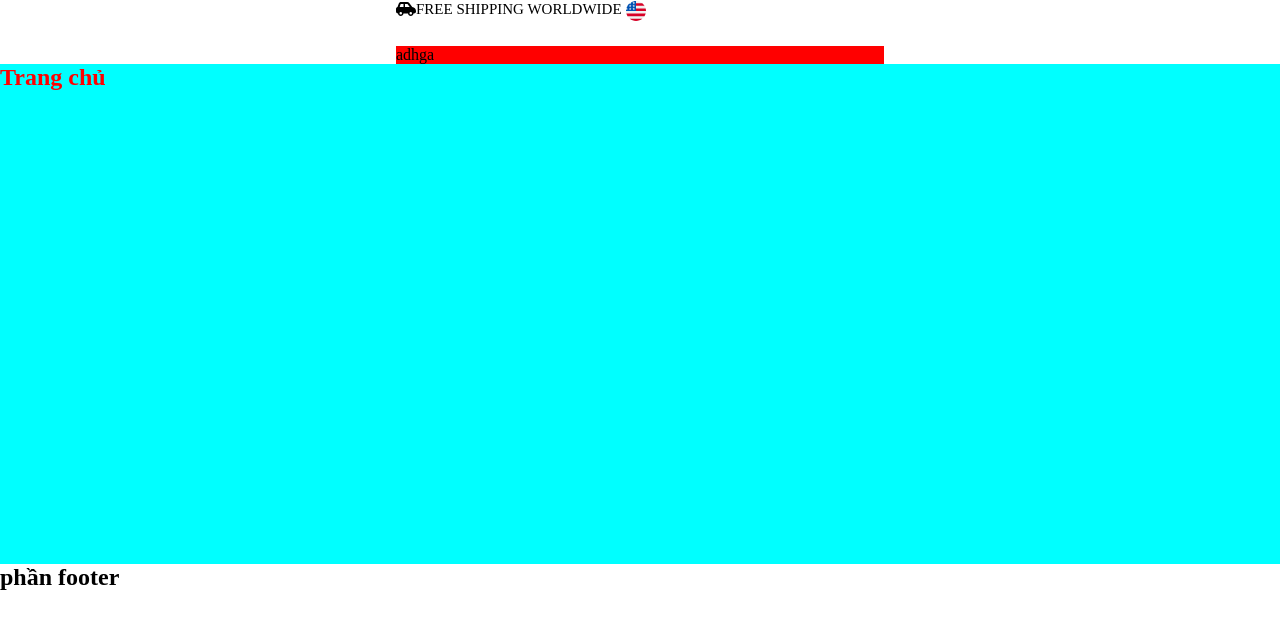
Repository: tatvanhco/shopper
Page: /
The author's editor kept a copy of each file at every save. The page is drawn from the files as they stood at one save, then again after a run of saves.
The browser window is 1280 px wide. The pictures show the whole page.
The project was rebuilt for these pictures with package versions that can differ from the ones it lists, and the page was loaded fresh each time.

Above is the page before, as saved 2022-09-23 20:37:41.

### src/index.tsx
import React from 'react';
import { createRoot } from 'react-dom/client';
import { Provider } from 'react-redux';
import { store } from './app/store';
import App from './App';
import reportWebVitals from './reportWebVitals';
import './index.scss';

const container = document.getElementById('root')!;
const root = createRoot(container);

root.render(
    <React.StrictMode>
        <Provider store={store}>
            <App />
        </Provider>
    </React.StrictMode>,
);

// If you want to start measuring performance in your app, pass a function
// to log results (for example: reportWebVitals(console.log))
// or send to an analytics endpoint. Learn more: https://bit.ly/CRA-vitals
reportWebVitals();

### src/app/store.ts
import { configureStore, ThunkAction, Action, getDefaultMiddleware } from '@reduxjs/toolkit';
import createSagaMiddleware from '@redux-saga/core';
import rootSaga from './rootSaga';

const sagaMiddleware = createSagaMiddleware();
export const store = configureStore({
    reducer: {

    },
    middleware: (getDefaultMiddleware) => {
        return getDefaultMiddleware().concat(sagaMiddleware);
    },
});

sagaMiddleware.run(rootSaga);

export type AppDispatch = typeof store.dispatch;
export type RootState = ReturnType<typeof store.getState>;
export type AppThunk<ReturnType = void> = ThunkAction<ReturnType, RootState, unknown, Action<string>>;

### src/App.tsx
import React from 'react';
import './App.scss';
import Header from 'components/header/header';
import Footer from 'components/footer/footer';
import Home from 'pages/home/home';

function App() {
    return (
        <div className="App">
            <Header />
            <Home />
            <Footer />
        </div>
    );
}

export default App;

### src/index.scss
/* @import 'normalize.css'; */
@import url('https://fonts.googleapis.com/css2?family=Roboto:wght@300;400;500;700&display=swap');

body {
    margin: -15px 0 0 0;
    padding: 0;
    /* font-family: -apple-system, BlinkMacSystemFont, 'Segoe UI', 'Roboto', 'Oxygen', 'Ubuntu', 'Cantarell', 'Fira Sans',
        'Droid Sans', 'Helvetica Neue', sans-serif; */
    -webkit-font-smoothing: antialiased;
    -moz-osx-font-smoothing: grayscale;
}

html {
    margin: 0;
    padding: 0;
}

code {
    font-family: source-code-pro, Menlo, Monaco, Consolas, 'Courier New', monospace;
}

p {
    margin: 0 !important;
    line-height: initial;
}

h1,
h2 {
    margin: 0;
}

### src/app/rootSaga.ts
function* rootSaga() {
    console.log('hahahha');
}

export default rootSaga;

### src/App.scss
.container {
    padding: 0px 16px;
    margin: 0 380px;
}

.d-flex {
    display: flex;
}

.ul {
    list-style: none;
    padding-left: 0;
}

.title {
    font-size: 15px;
}

### src/components/header/header.tsx
import clsx from 'clsx';
import { FontAwesomeIcon } from '@fortawesome/react-fontawesome';
import { Fragment } from 'react';
import styles from './header.module.scss';
import { faCarSide } from '@fortawesome/free-solid-svg-icons';

function header() {
    return (
        <Fragment>
            <div className="header">
                <div className="container">
                    <div className={clsx(styles.headerContact)}>
                        <div className="headerContactRight">
                            <ul className={clsx('headerContactRightItems', 'ul', 'd-flex')}>
                                <li className={clsx('headerContactRightItem', 'd-flex')}>
                                    <FontAwesomeIcon icon={faCarSide} />
                                    <p className={clsx('title')}>FREE SHIPPING WORLDWIDE</p>
                                </li>
                                <li className={clsx('headerContactRightItem', 'd-flex')}>
                                    <section>
                                        <option value=""></option>
                                    </section>
                                    <img
                                        src="data:[embedded picture, 137 characters]
                                        nLzIwMDAvc3ZnIj4KPHBhdGggZD0iTTcgMTRDMTAuODY2IDE0IDE0IDEwLjg2NiAxNCA3QzE0IDMuMTM0MDEgMTAuODY2IDAgNyAwQzMuMTM0MDEgMCAwIDMuMTM0MDEgMCA3QzAgMTAuO
                                        DY2IDMuMTM0MDEgMTQgNyAxNFoiIGZpbGw9IiNGMEYwRjAiLz4KPHBhdGggZD0iTTYuNjk1OCA2Ljk5OTk4SDE0LjAwMDFDMTQuMDAwMSA2LjM2ODE4IDEzLjkxNTkgNS43NTYxMiAxMy4
                                        3NTkgNS4xNzM4OUg2LjY5NThWNi45OTk5OFoiIGZpbGw9IiNEODAwMjciLz4KPHBhdGggZD0iTTYuNjk1OCAzLjM0NzgzSDEyLjk3MjdDMTIuNTQ0MiAyLjY0ODU5IDExLjk5NjMgMi4wM
                                        zA1NCAxMS4zNTc1IDEuNTIxNzNINi42OTU4VjMuMzQ3ODNaIiBmaWxsPSIjRDgwMDI3Ii8+CjxwYXRoIGQ9Ik02Ljk5OTk3IDE0QzguNjQ3NCAxNCAxMC4xNjE2IDEzLjQzMDYgMTEuMzU
                                        3NCAxMi40NzgzSDIuNjQyNThDMy44MzgzMiAxMy40MzA2IDUuMzUyNTMgMTQgNi45OTk5NyAxNFoiIGZpbGw9IiNEODAwMjciLz4KPHBhdGggZD0iTTEuMDI3NDggMTAuNjUyMkgxMi45N
                                        zI3QzEzLjMxNjcgMTAuMDkwOCAxMy41ODM1IDkuNDc3MjMgMTMuNzU4OSA4LjgyNjA3SDAuMjQxMjExQzAuNDE2Njc2IDkuNDc3MjMgMC42ODM0NjkgMTAuMDkwOCAxLjAyNzQ4IDEwLjY
                                        1MjJaIiBmaWxsPSIjRDgwMDI3Ii8+CjxwYXRoIGQ9Ik0zLjI0MjUzIDEuMDkzMTVIMy44ODA0M0wzLjI4NzA3IDEuNTI0MjJMMy41MTM3MyAyLjIyMTczTDIuOTIwMzkgMS43OTA2NkwyL
                                        jMyNzA2IDIuMjIxNzNMMi41MjI4NCAxLjYxOTE2QzIuMDAwNDEgMi4wNTQzNCAxLjU0MjUyIDIuNTY0MTkgMS4xNjUxNyAzLjEzMjI4SDEuMzY5NTdMMC45OTE4NjcgMy40MDY2OEMwLjk
                                        zMzAyMyAzLjUwNDg0IDAuODc2NTg2IDMuNjA0NTYgMC44MjI1IDMuNzA1NzZMMS4wMDI4NiA0LjI2MDg3TDAuNjY2MzY3IDQuMDE2MzlDMC41ODI3MjMgNC4xOTM2IDAuNTA2MjE1IDQuM
                                        zc0ODEgMC40Mzc0NDUgNC41NTk3OUwwLjYzNjE1MiA1LjE3MTQxSDEuMzY5NTdMMC43NzYyMDcgNS42MDI0OUwxLjAwMjg2IDYuM0wwLjQwOTUyNyA1Ljg2ODkzTDAuMDU0MTEzMyA2LjE
                                        yNzE2QzAuMDE4NTM5MSA2LjQxMzEyIDAgNi43MDQzOSAwIDdIN0M3IDMuMTM0MDMgNyAyLjY3ODI3IDcgMEM1LjYxNzE3IDAgNC4zMjgxMSAwLjQwMTEzMyAzLjI0MjUzIDEuMDkzMTVaT
                                        TMuNTEzNzMgNi4zTDIuOTIwMzkgNS44Njg5M0wyLjMyNzA2IDYuM0wyLjU1MzcxIDUuNjAyNDlMMS45NjAzNiA1LjE3MTQxSDIuNjkzNzdMMi45MjAzOSA0LjQ3MzlMMy4xNDcwMiA1LjE
                                        3MTQxSDMuODgwNDNMMy4yODcwNyA1LjYwMjQ5TDMuNTEzNzMgNi4zWk0zLjI4NzA3IDMuNTYzMzZMMy41MTM3MyA0LjI2MDg3TDIuOTIwMzkgMy44Mjk3OUwyLjMyNzA2IDQuMjYwODdMM
                                        i41NTM3MSAzLjU2MzM2TDEuOTYwMzYgMy4xMzIyOEgyLjY5Mzc3TDIuOTIwMzkgMi40MzQ3N0wzLjE0NzAyIDMuMTMyMjhIMy44ODA0M0wzLjI4NzA3IDMuNTYzMzZaTTYuMDI0NTkgNi4
                                        zTDUuNDMxMjYgNS44Njg5M0w0LjgzNzkzIDYuM0w1LjA2NDU4IDUuNjAyNDlMNC40NzEyMiA1LjE3MTQxSDUuMjA0NjRMNS40MzEyNiA0LjQ3MzlMNS42NTc4OSA1LjE3MTQxSDYuMzkxM
                                        0w1Ljc5Nzk0IDUuNjAyNDlMNi4wMjQ1OSA2LjNaTTUuNzk3OTQgMy41NjMzNkw2LjAyNDU5IDQuMjYwODdMNS40MzEyNiAzLjgyOTc5TDQuODM3OTMgNC4yNjA4N0w1LjA2NDU4IDMuNTY
                                        zMzZMNC40NzEyMiAzLjEzMjI4SDUuMjA0NjRMNS40MzEyNiAyLjQzNDc3TDUuNjU3ODkgMy4xMzIyOEg2LjM5MTNMNS43OTc5NCAzLjU2MzM2Wk01Ljc5Nzk0IDEuNTI0MjJMNi4wMjQ1O
                                        SAyLjIyMTczTDUuNDMxMjYgMS43OTA2Nkw0LjgzNzkzIDIuMjIxNzNMNS4wNjQ1OCAxLjUyNDIyTDQuNDcxMjIgMS4wOTMxNUg1LjIwNDY0TDUuNDMxMjYgMC4zOTU2MzdMNS42NTc4OSA
                                        xLjA5MzE1SDYuMzkxM0w1Ljc5Nzk0IDEuNTI0MjJaIiBmaWxsPSIjMDA1MkI0Ii8+Cjwvc3ZnPgo="
                                        alt=""
                                    />
                                </li>
                                <li className={clsx('headerContactRightItem', 'd-flex')}></li>
                                <li className={clsx('headerContactRightItem', 'd-flex')}></li>
                            </ul>
                        </div>
                        <div className="headerContactLeft"></div>
                    </div>
                    <div className={clsx(styles.headerFrom)}>adhga</div>
                </div>
            </div>
        </Fragment>
    );
}

export default header;

### src/components/footer/footer.tsx
function footer() {
    return <h2>phần footer</h2>;
}

export default footer;

### src/pages/home/home.tsx
import clsx from 'clsx';
import styles from './home.module.scss';

function Home() {
    return (
        <>
            <h2 className={clsx(styles.heading)}>Trang chủ</h2>
        </>
    );
}

export default Home;

### src/components/header/header.module.scss
.headerContact {
    height: 45px;
}

.headerFrom {
    background-color: red;
}

### src/pages/home/home.module.scss
.heading {
    height: 500px;
    background-color: aqua;
    color: red;
}

.active {
    background-color: yellow;
}

Loaded but not shown: public/index.html (common file); src/reportWebVitals.ts (common file)

After the next 6 saves:
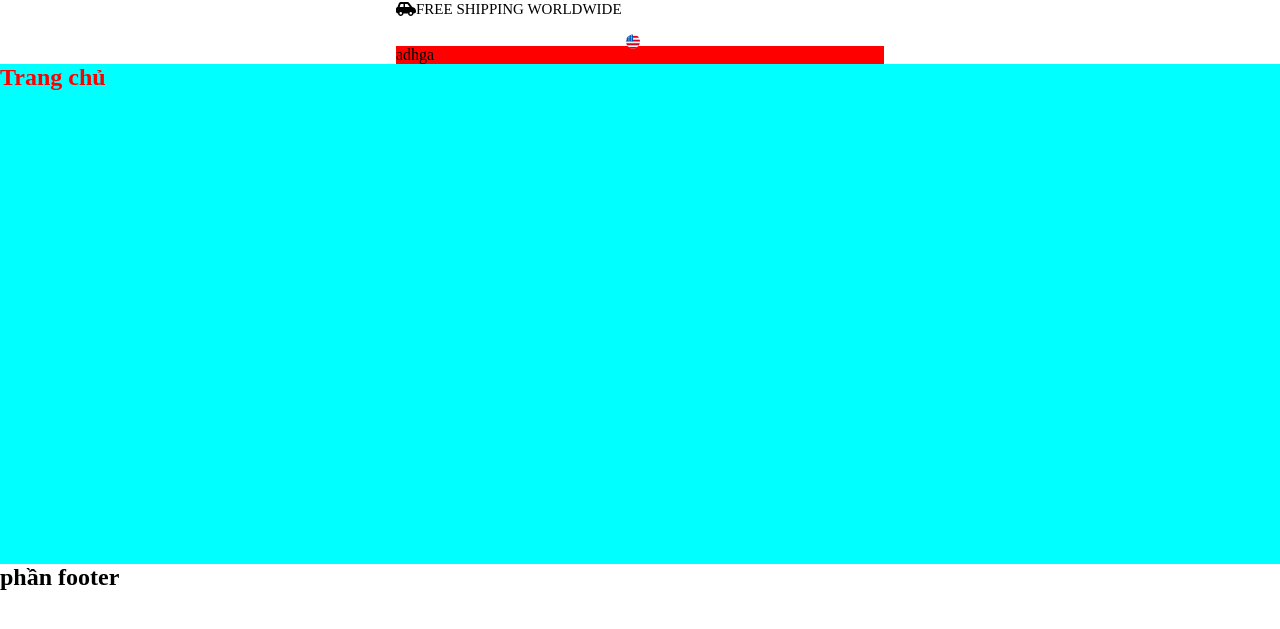
The 6 saves are shown as one change because they came seconds apart.
The last was saved 21 s later.
--- a/src/components/header/header.tsx
+++ b/src/components/header/header.tsx
@@ -18,7 +18,10 @@ function header() {
                                 </li>
                                 <li className={clsx('headerContactRightItem', 'd-flex')}>
                                     <section>
-                                        <option value=""></option>
+                                        <option value="1"></option>
+                                        <option value="2"></option>
+                                        <option value="3"></option>
+                                        <option value="4"></option>
                                     </section>
                                     <img
                                         src="data:[embedded picture, 137 characters]
